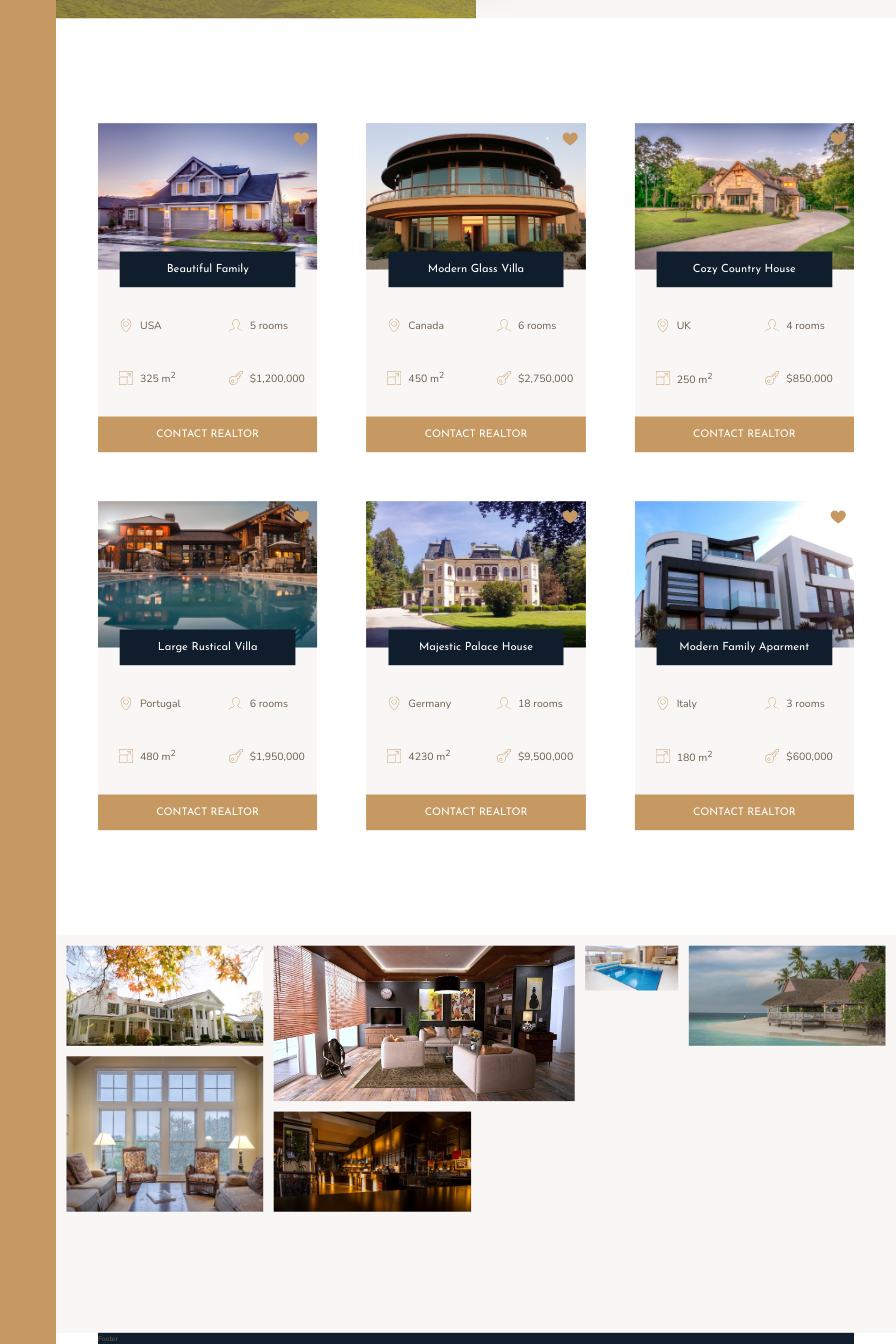
Repository: achwesiuk/nexter
Page: index.html
The author's editor kept a copy of each file at every save. The page is drawn from the files as they stood at one save, then again after the next save.
The browser window is 1280 px wide. The pictures show the part of the page from y = 1580 to 3500 px (the page is 3500 px tall), at 70% of full size.
The style sheet was rebuilt from its Sass, Less or Tailwind sources for each picture, by a compiler version that may differ from the author's.

Above is the page before, as saved 2021-02-24 07:54:56.

After the next save:
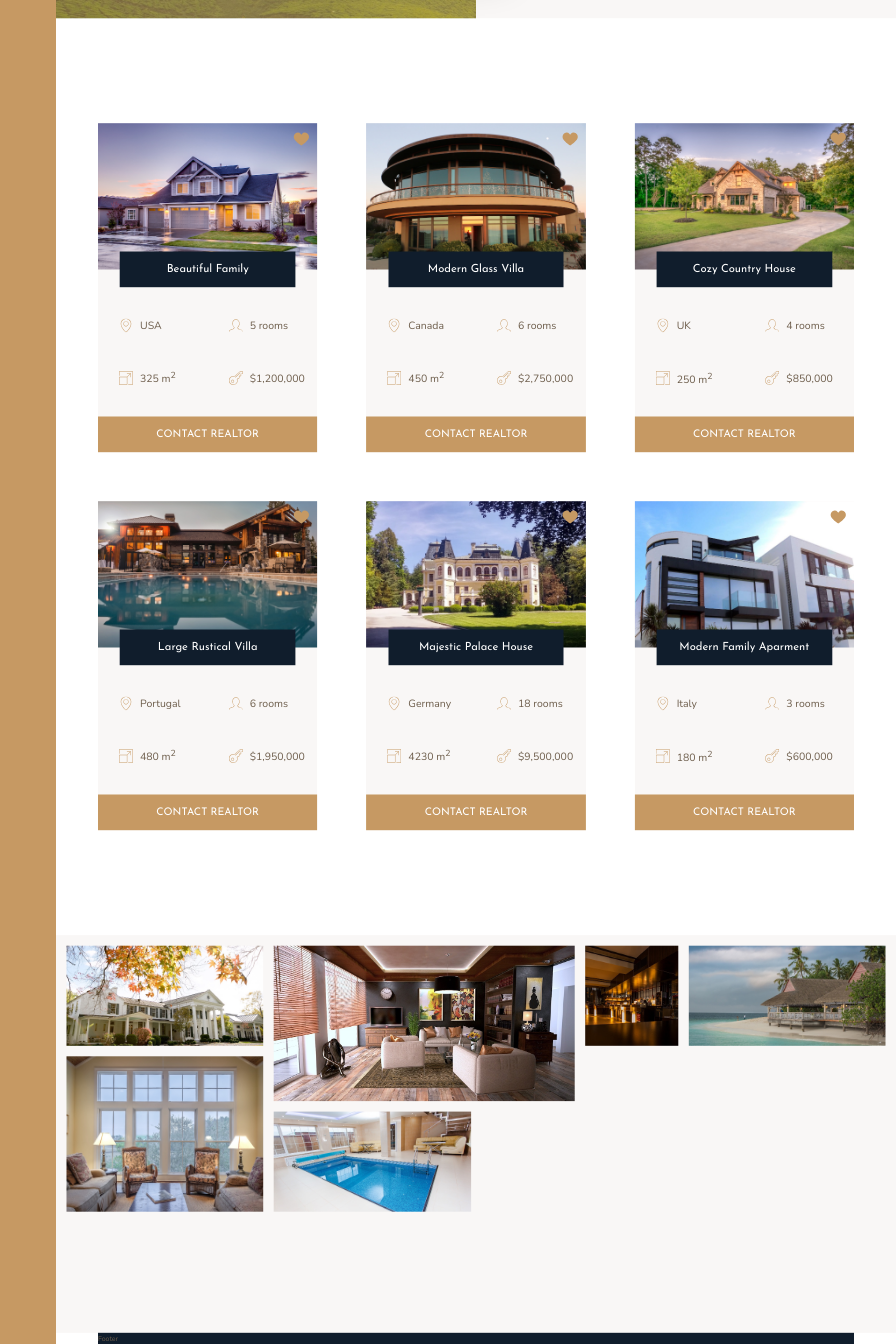
Saved 21 s later.
--- a/sass/_gallery.scss
+++ b/sass/_gallery.scss
@@ -35,7 +35,7 @@
             grid-column: 1 / span 2;
         }
 
-        &--3 {
+        &--6 {
             grid-row: 4 / span 2;
             grid-column: 3 / span 2;
         }
